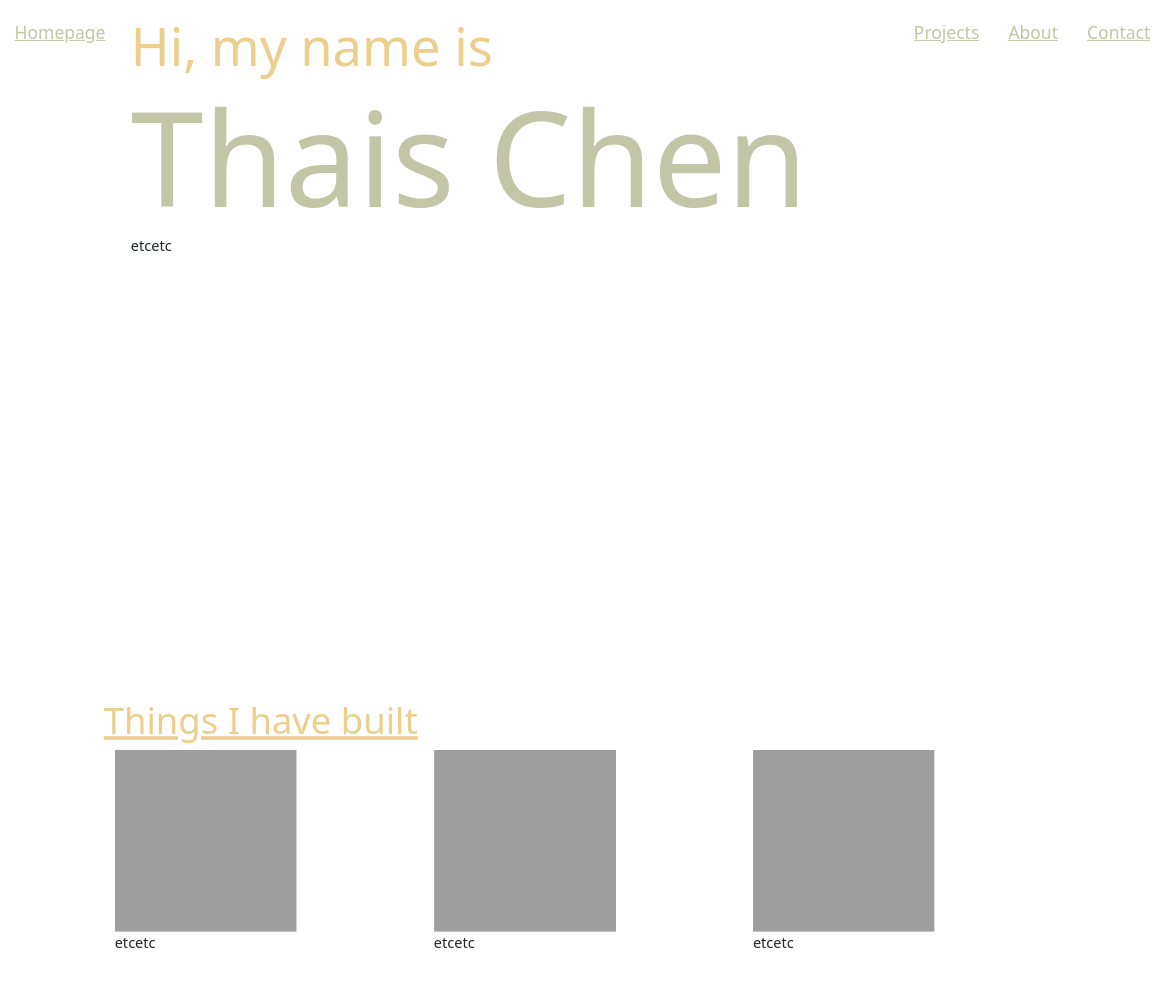
Repository: thais-chen/Portfolio
Page: index.html
These files come from the project's save history. The page is drawn as it stood at one moment and after the next save; the edit follows.
The browser window is 1280 px wide. The pictures show the whole page, at 91% of full size.
Pictures or frames that could not be fetched are drawn as grey boxes.

Above is the page before, as saved 2022-06-17 19:21:32.

After the next save:
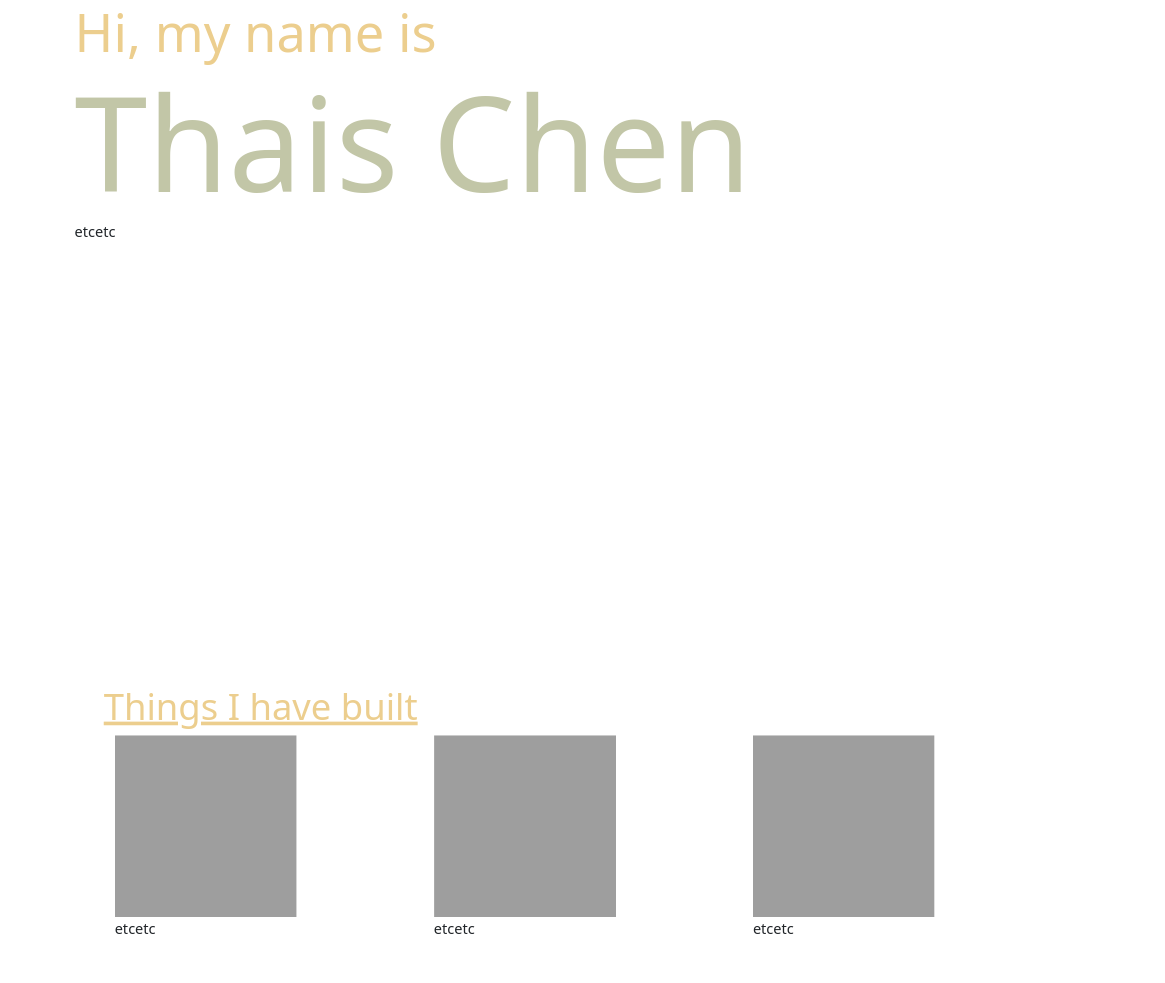
Saved 10 s later.
--- a/index.html
+++ b/index.html
@@ -11,7 +11,7 @@
 <link rel="stylesheet" href="./style.css">
   </head>
   <body>
-    <header>
+  <!--   <header>
         <nav class="navbar">
             <ul>
                 <li class="nav-icon"><a href="#contact" > Contact</a></li>
@@ -20,7 +20,7 @@
                 <li style="float:left"><a href="#"> Homepage </a> </li>
             </ul>
         </nav>
-    </header>
+    </header> -->
     <main>
         <div class="container">
         <section id="intro" class="row">
